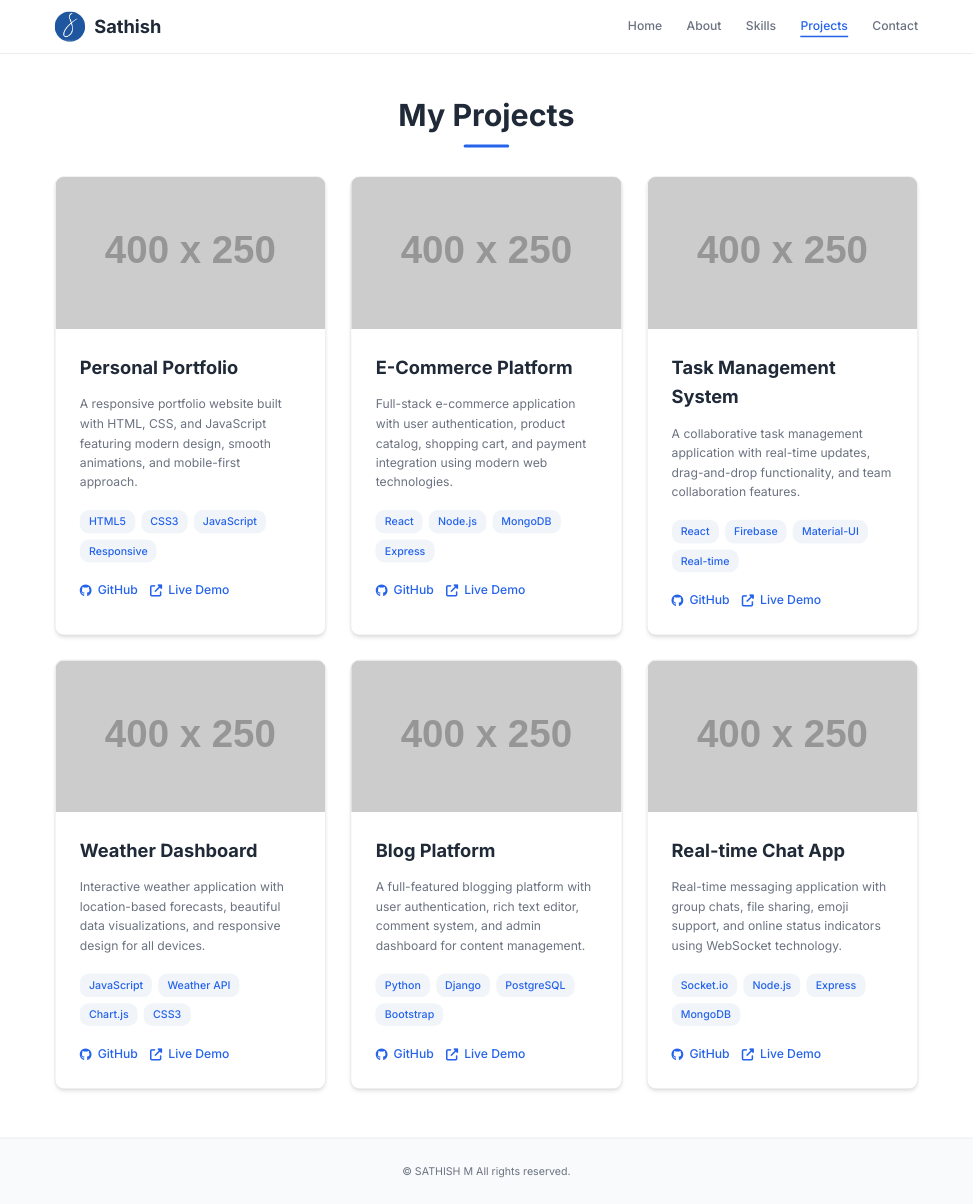
Repository: sathishm8535-coder/Sathish-Portfolio
Page: projects.html
The author's editor kept a copy of each file at every save. The page is drawn from the files as they stood at one save, then again after the next save.
The browser window is 1280 px wide. The pictures show the whole page, at 76% of full size.

Above is the page before, as saved 2025-12-29 09:38:10.

### projects.html
<!DOCTYPE html>
<html lang="en">
<head>
    <meta charset="UTF-8">
    <meta name="viewport" content="width=device-width, initial-scale=1.0">
    <title>Projects - Sathish</title>
    <link rel="stylesheet" href="main.css">
    <link rel="icon" href="icon.jpg" type="image/png">
    <link href="https://fonts.googleapis.com/css2?family=Inter:wght@300;400;500;600;700&display=swap" rel="stylesheet">
    <link rel="stylesheet" href="https://cdnjs.cloudflare.com/ajax/libs/font-awesome/6.4.0/css/all.min.css">
</head>
<body>
    <nav class="navbar">
        <div class="nav-container">
            <div class="nav-logo">
                <img src="icon.jpg" alt="Logo" class="logo-img">
                <span>Sathish</span>
            </div>
            <ul class="nav-menu">
                <li><a href="home.html" class="nav-link">Home</a></li>
                <li><a href="about.html" class="nav-link">About</a></li>
                <li><a href="skills.html" class="nav-link">Skills</a></li>
                <li><a href="projects.html" class="nav-link active">Projects</a></li>
                <li><a href="contact.html" class="nav-link">Contact</a></li>
            </ul>
            <div class="hamburger">
                <span></span>
                <span></span>
                <span></span>
            </div>
        </div>
    </nav>

    <main class="page-content">
        <div class="container">
            <section class="projects-section">
                <h1 class="page-title">My Projects</h1>

                <div class="projects-grid">
                    <div class="project-card">
                        <div class="project-image">
                            <img src="https://via.placeholder.com/400x250/2563eb/ffffff?text=Portfolio+Website" alt="Portfolio Website">
                        </div>
                        <div class="project-content">
                            <h3>Personal Portfolio</h3>
                            <p>A responsive portfolio website built with HTML, CSS, and JavaScript featuring modern design, smooth animations, and mobile-first approach.</p>
                            <div class="project-tech">
                                <span>HTML5</span>
                                <span>CSS3</span>
                                <span>JavaScript</span>
                                <span>Responsive</span>
                            </div>
                            <div class="project-links">
                                <a href="https://github.com/sathishm8535-coder/Sathish-Portfolio" target="_blank" class="btn-link">
                                    <i class="fab fa-github"></i> GitHub
                                </a>
                                <a href="https://sathish-portfolio-seven.vercel.app/" target="_blank" class="btn-link">
                                    <i class="fas fa-external-link-alt"></i> Live Demo
                                </a>
                            </div>
                        </div>
                    </div>

                    <div class="project-card">
                        <div class="project-image">
                            <img src="https://via.placeholder.com/400x250/059669/ffffff?text=E-Commerce+App" alt="E-Commerce App">
                        </div>
                        <div class="project-content">
                            <h3>E-Commerce Platform</h3>
                            <p>Full-stack e-commerce application with user authentication, product catalog, shopping cart, and payment integration using modern web technologies.</p>
                            <div class="project-tech">
                                <span>React</span>
                                <span>Node.js</span>
                                <span>MongoDB</span>
                                <span>Express</span>
                            </div>
                            <div class="project-links">
                                <a href="https://github.com/mscsathish" target="_blank" class="btn-link">
                                    <i class="fab fa-github"></i> GitHub
                                </a>
                                <a href="#" target="_blank" class="btn-link">
                                    <i class="fas fa-external-link-alt"></i> Live Demo
                                </a>
                            </div>
                        </div>
                    </div>

                    <div class="project-card">
                        <div class="project-image">
                            <img src="https://via.placeholder.com/400x250/dc2626/ffffff?text=Task+Manager" alt="Task Manager">
                        </div>
                        <div class="project-content">
                            <h3>Task Management System</h3>
                            <p>A collaborative task management application with real-time updates, drag-and-drop functionality, and team collaboration features.</p>
                            <div class="project-tech">
                                <span>React</span>
                                <span>Firebase</span>
                                <span>Material-UI</span>
                                <span>Real-time</span>
                            </div>
                            <div class="project-links">
                                <a href="https://github.com/mscsathish" target="_blank" class="btn-link">
                                    <i class="fab fa-github"></i> GitHub
                                </a>
                                <a href="#" target="_blank" class="btn-link">
                                    <i class="fas fa-external-link-alt"></i> Live Demo
                                </a>
                            </div>
                        </div>
                    </div>

                    <div class="project-card">
                        <div class="project-image">
                            <img src="https://via.placeholder.com/400x250/7c3aed/ffffff?text=Weather+App" alt="Weather App">
                        </div>
                        <div class="project-content">
                            <h3>Weather Dashboard</h3>
                            <p>Interactive weather application with location-based forecasts, beautiful data visualizations, and responsive design for all devices.</p>
                            <div class="project-tech">
                                <span>JavaScript</span>
                                <span>Weather API</span>
                                <span>Chart.js</span>
                                <span>CSS3</span>
                            </div>
                            <div class="project-links">
                                <a href="https://github.com/mscsathish" target="_blank" class="btn-link">
                                    <i class="fab fa-github"></i> GitHub
                                </a>
                                <a href="#" target="_blank" class="btn-link">
                                    <i class="fas fa-external-link-alt"></i> Live Demo
                                </a>
                            </div>
                        </div>
                    </div>

                    <div class="project-card">
                        <div class="project-image">
                            <img src="https://via.placeholder.com/400x250/ea580c/ffffff?text=Blog+Platform" alt="Blog Platform">
                        </div>
                        <div class="project-content">
                            <h3>Blog Platform</h3>
                            <p>A full-featured blogging platform with user authentication, rich text editor, comment system, and admin dashboard for content management.</p>
                            <div class="project-tech">
                                <span>Python</span>
                                <span>Django</span>
                                <span>PostgreSQL</span>
                                <span>Bootstrap</span>
                            </div>
                            <div class="project-links">
                                <a href="https://github.com/mscsathish" target="_blank" class="btn-link">
                                    <i class="fab fa-github"></i> GitHub
                                </a>
                                <a href="#" target="_blank" class="btn-link">
                                    <i class="fas fa-external-link-alt"></i> Live Demo
                                </a>
                            </div>
                        </div>
                    </div>

                    <div class="project-card">
                        <div class="project-image">
                            <img src="https://via.placeholder.com/400x250/0891b2/ffffff?text=Chat+Application" alt="Chat App">
                        </div>
                        <div class="project-content">
                            <h3>Real-time Chat App</h3>
                            <p>Real-time messaging application with group chats, file sharing, emoji support, and online status indicators using WebSocket technology.</p>
                            <div class="project-tech">
                                <span>Socket.io</span>
                                <span>Node.js</span>
                                <span>Express</span>
                                <span>MongoDB</span>
                            </div>
                            <div class="project-links">
                                <a href="https://github.com/mscsathish" target="_blank" class="btn-link">
                                    <i class="fab fa-github"></i> GitHub
                                </a>
                                <a href="#" target="_blank" class="btn-link">
                                    <i class="fas fa-external-link-alt"></i> Live Demo
                                </a>
                            </div>
                        </div>
                    </div>
                </div>
            </section>
        </div>
    </main>

    <footer class="footer">
        <div class="container">
            <p>&copy; SATHISH M  All rights reserved.</p>
        </div>
    </footer>

    <script src="main.js"></script>
</body>
</html>

Loaded but not shown: main.css (1258 lines, source omitted); main.js (no copy from this time; the picture is the same without it)

After the next save:
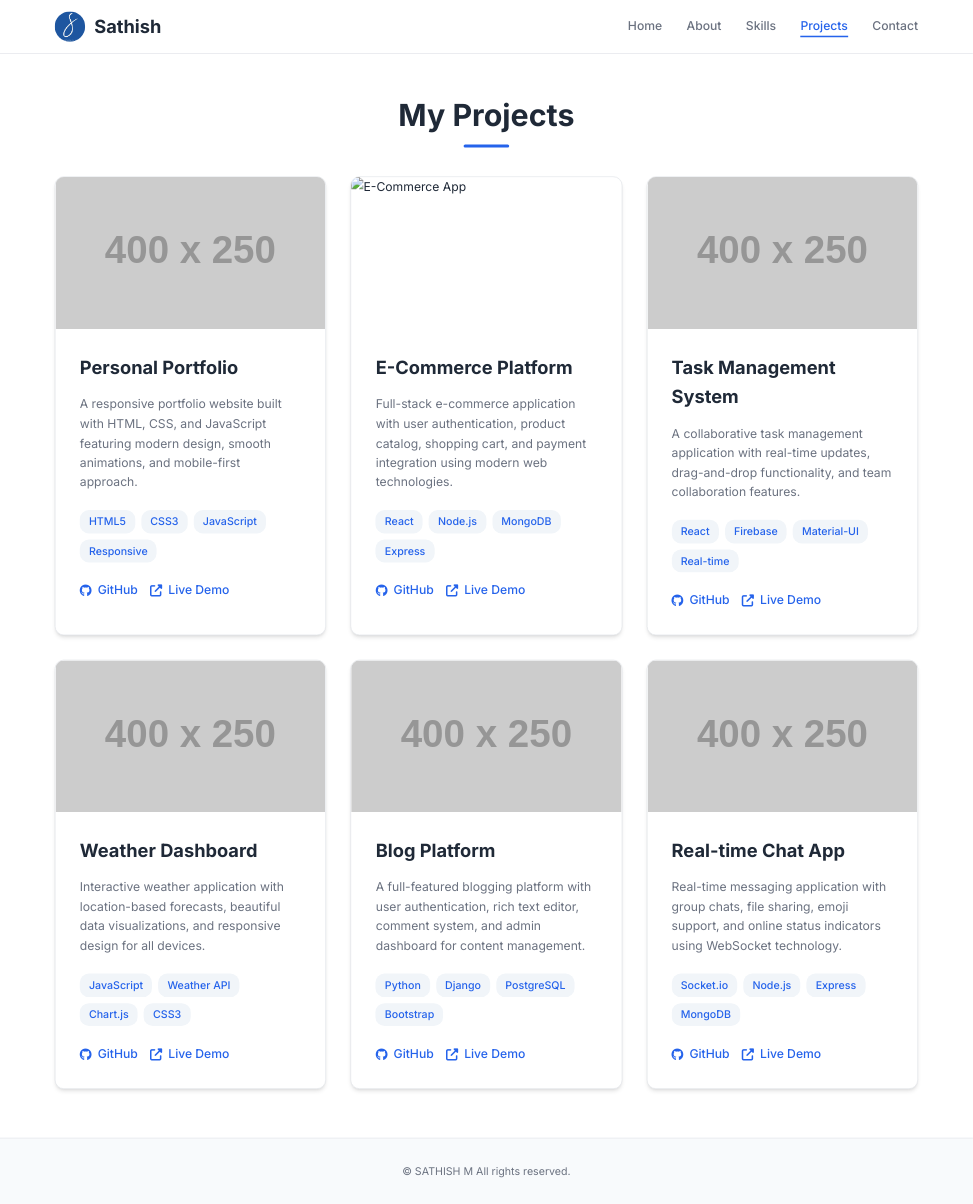
Saved 75 s later.
--- a/projects.html
+++ b/projects.html
@@ -63,7 +63,7 @@
 
                     <div class="project-card">
                         <div class="project-image">
-                            <img src="https://via.placeholder.com/400x250/059669/ffffff?text=E-Commerce+App" alt="E-Commerce App">
+                            <img src="" alt="E-Commerce App">
                         </div>
                         <div class="project-content">
                             <h3>E-Commerce Platform</h3>
